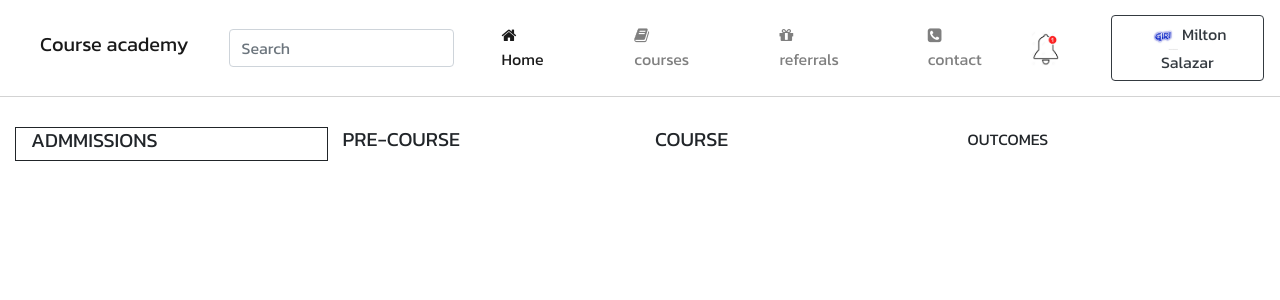
Repository: giribabu1997/html-layout
Page: task.html
An editor plug-in stored every save of this project. The page is shown before and after a run of saves, followed by the edit.
The browser window is 1280 px wide. The pictures show the whole page.

Above is the page before, as saved 2019-06-24 09:13:22.

After the next 6 saves:
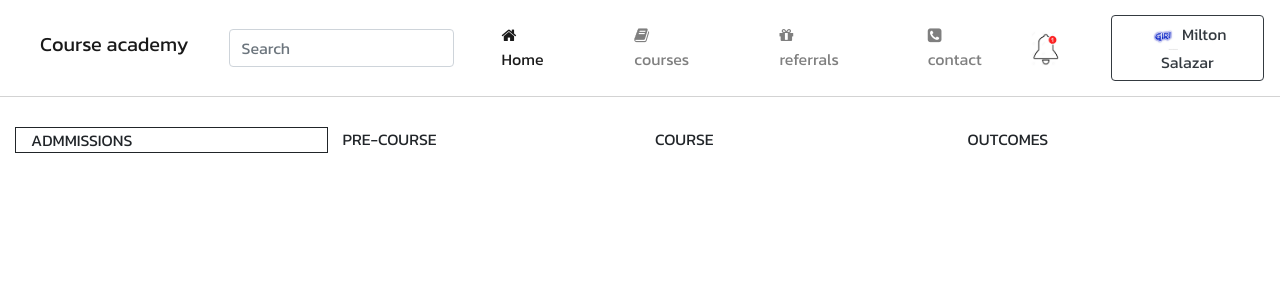
The 6 saves are shown as one change because they came seconds apart.
The last was saved 26 s later.
--- a/task.html
+++ b/task.html
@@ -72,13 +72,13 @@
     <div class="container-fluid" style="padding: 30px">
         <div class="row">
             <div class="col-sm-3" style="border: 1px solid; width: 30px">
-              <h5> ADMMISSIONS</h5>
+              <h> ADMMISSIONS</h>
             </div>
             <div class="col-sm-3">
-               <h5> PRE-COURSE</h5>
+               <h> PRE-COURSE</h>
             </div>
             <div class="col-sm-3">
-                <h5> COURSE </h5>
+                <h> COURSE </h>
             </div>
             <div class="col-sm-3">
                <h> OUTCOMES </h>
